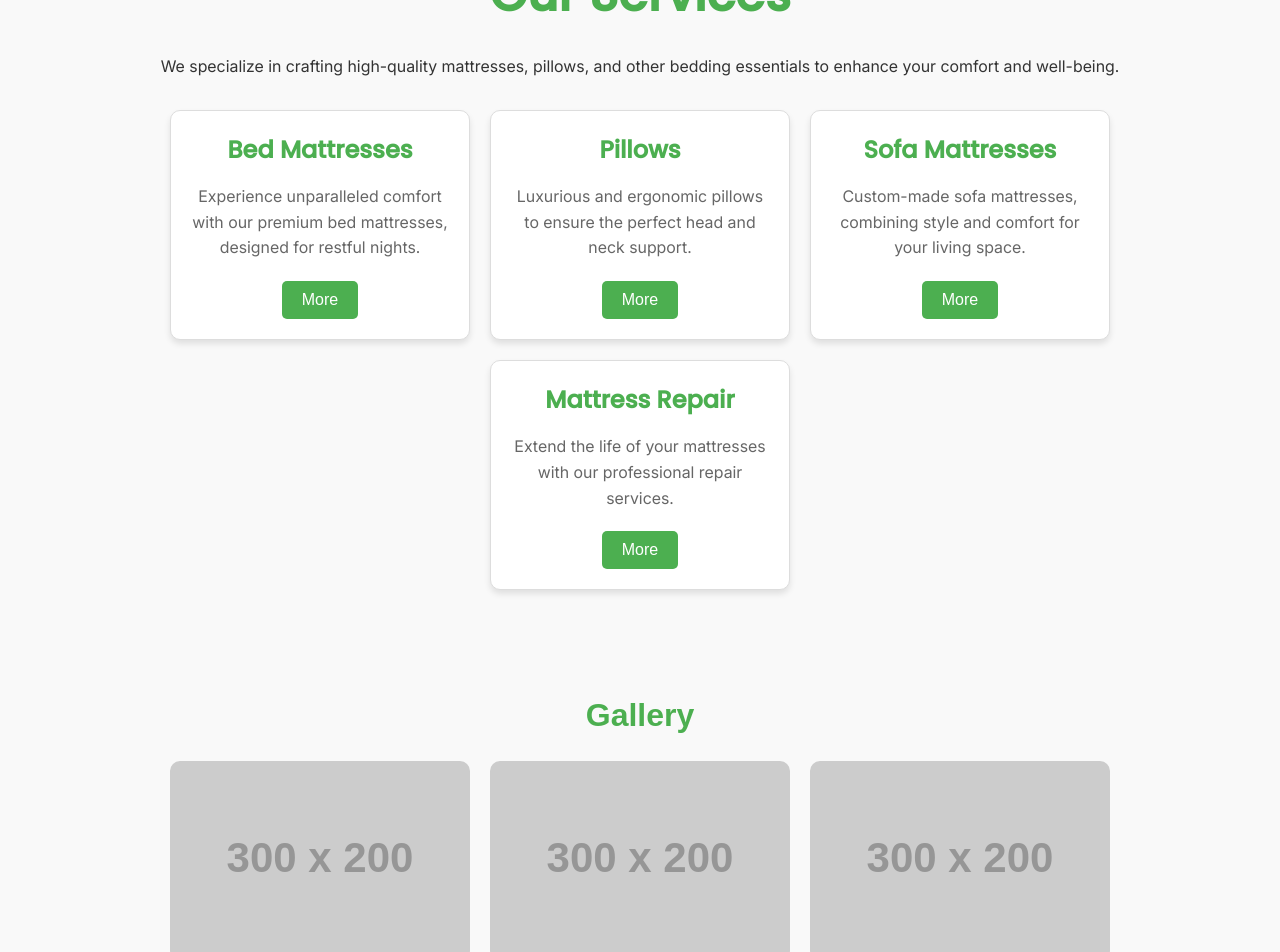
Repository: nadafgroup/rashidgadiUI
Page: src/home.html
The author's editor kept a copy of each file at every save. The page is drawn from the files as they stood at one save, then again after the next save.
The browser window is 1280 px wide. The pictures show the part of the page from y = 655 to 1607 px (the page is 2397 px tall).

Above is the page before, as saved 2025-01-23 11:33:04.

After the next save:
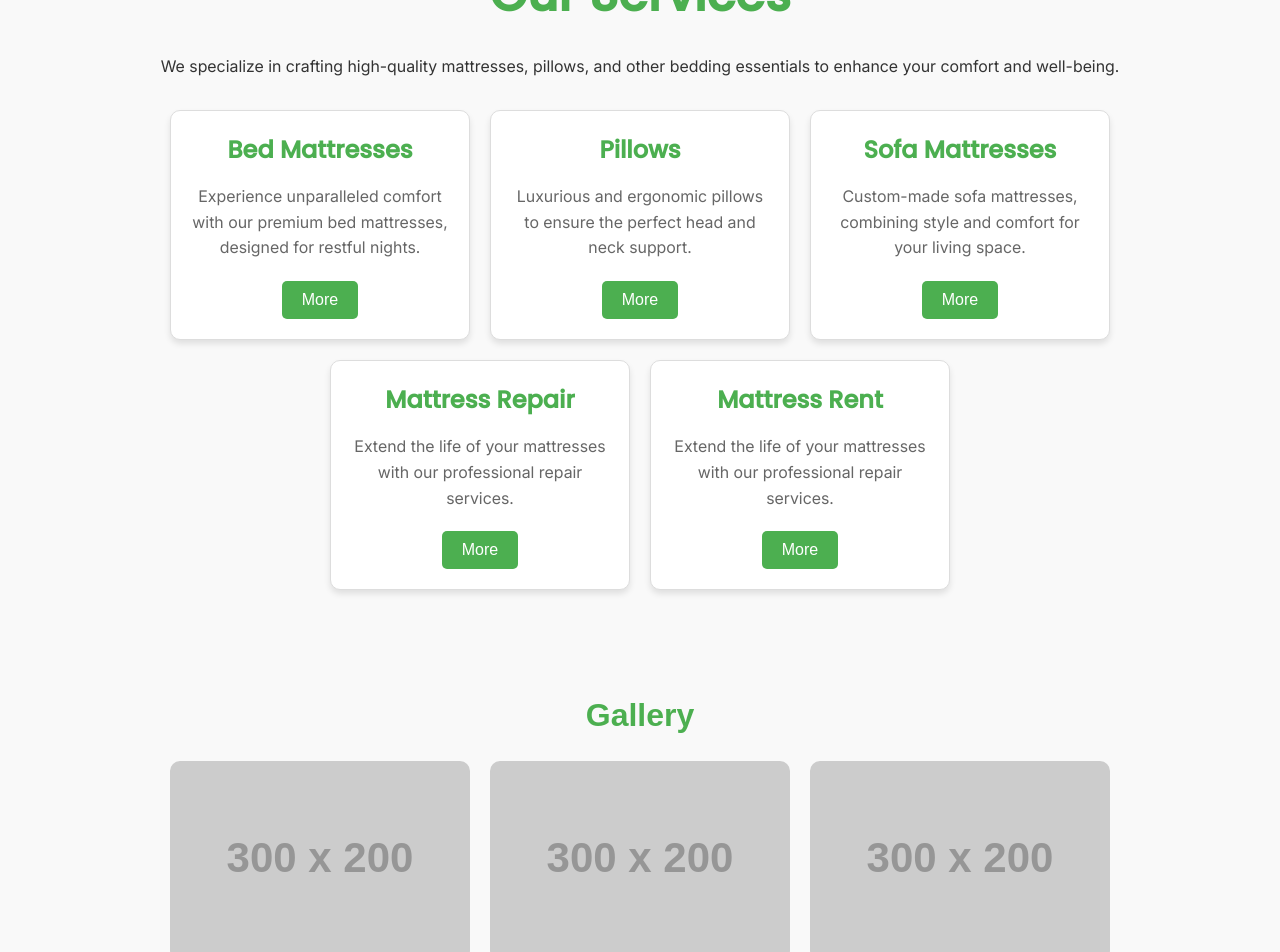
Saved 39 s later.
--- a/src/home.html
+++ b/src/home.html
@@ -52,6 +52,11 @@
                 <p>Extend the life of your mattresses with our professional repair services.</p>
                 <button class="btn-more">More</button>
             </div>
+            <div class="service-card">
+                <h3>Mattress Rent</h3>
+                <p>Extend the life of your mattresses with our professional repair services.</p>
+                <button class="btn-more">More</button>
+            </div>
         </div>
     </section>
 
